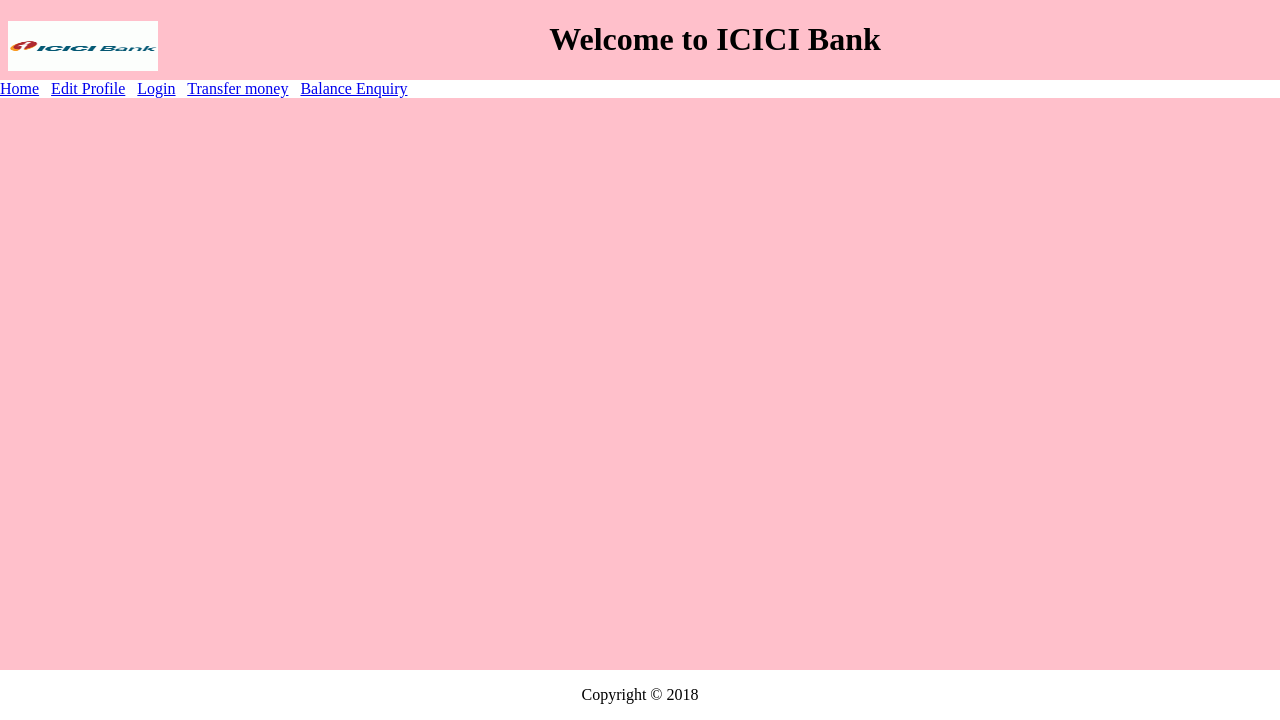
Repository: laikrish/day10
Page: http://localhost/BankApp/
An editor plug-in stored every save of this project. The page is shown before and after the next save, followed by the edit.
The browser window is 1280 px wide. The pictures show the whole page.
The page is served by Tomcat 9. Other server files are loaded and not shown.

Above is the page before, as saved 2018-09-15 10:36:25.

### BankApp/WebContent/welcome.jsp
<%@ page language="java" contentType="text/html; charset=ISO-8859-1"
    pageEncoding="ISO-8859-1"%>
<!DOCTYPE html>
<html>
<head>
<meta charset="ISO-8859-1">
<title>ICICI BANK</title>
</head>

<body bgcolor="pink" style="text-align:center">

       <img src = "images/icici logo.png" width="150" height="50" align="left"/>
       <h1> Welcome to ICICI Bank</h1>

        <%@ include file = "header.jsp" %>

		<%@ include file = "footer.jsp" %>
 </body>
</html>

### BankApp/WebContent/header.jsp
<%@ page language="java" contentType="text/html; charset=ISO-8859-1"
    pageEncoding="ISO-8859-1"%>
<!DOCTYPE html>
<html>
<head>
<meta charset="ISO-8859-1">
<title>Welcome header</title>
</head>

<style>
.header {
   position:fixed;
   left:0;
   top:50;
   width:1000%;
  background-color:white;
  color:black;
  text-align:left;
  }
  </style>
  </head>
  <body>
  <div class="header">


     <a href="login.jsp">Home</a>
        &nbsp

        <a href="login.jsp">Edit Profile</a>
        &nbsp

		<a href="login.jsp">Login</a>
		&nbsp

		<a href="login.jsp">Transfer money</a>
		&nbsp

		<a href="login.jsp">Balance Enquiry</a>
		&nbsp


  </div>
  </body>
  </html>

### BankApp/WebContent/footer.jsp
<%@ page language="java" contentType="text/html; charset=ISO-8859-1"
    pageEncoding="ISO-8859-1"%>
<!DOCTYPE html>
<html>
<head>
<meta charset="ISO-8859-1">
<title>Welcome footer</title>
<style>
.footer {
   position:fixed;
   left:0;
   bottom:0;
   width:100%;
  background-color:white;
  color:black;
  text-align:center;
  }
  </style>
  </head>
  <body>
  <div class="footer">
     <p>Copyright © 2018</p>
  </div>
  </body>
</html>

After the next save:
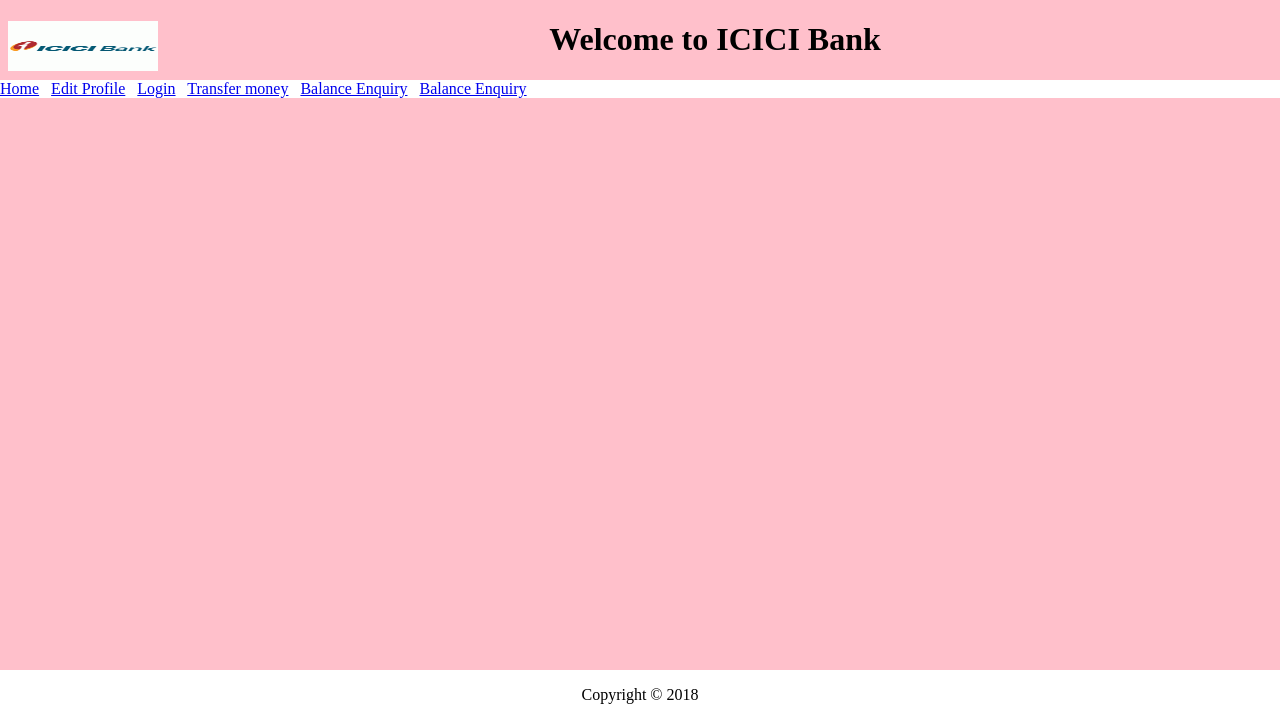
Saved 28 s later.
--- a/BankApp/WebContent/header.jsp
+++ b/BankApp/WebContent/header.jsp
@@ -38,6 +38,9 @@
 		<a href="login.jsp">Balance Enquiry</a>
 		&nbsp
 
+		<a href="updatepassword.jsp">Balance Enquiry</a>
+		&nbsp
+
 
   </div>
   </body>
